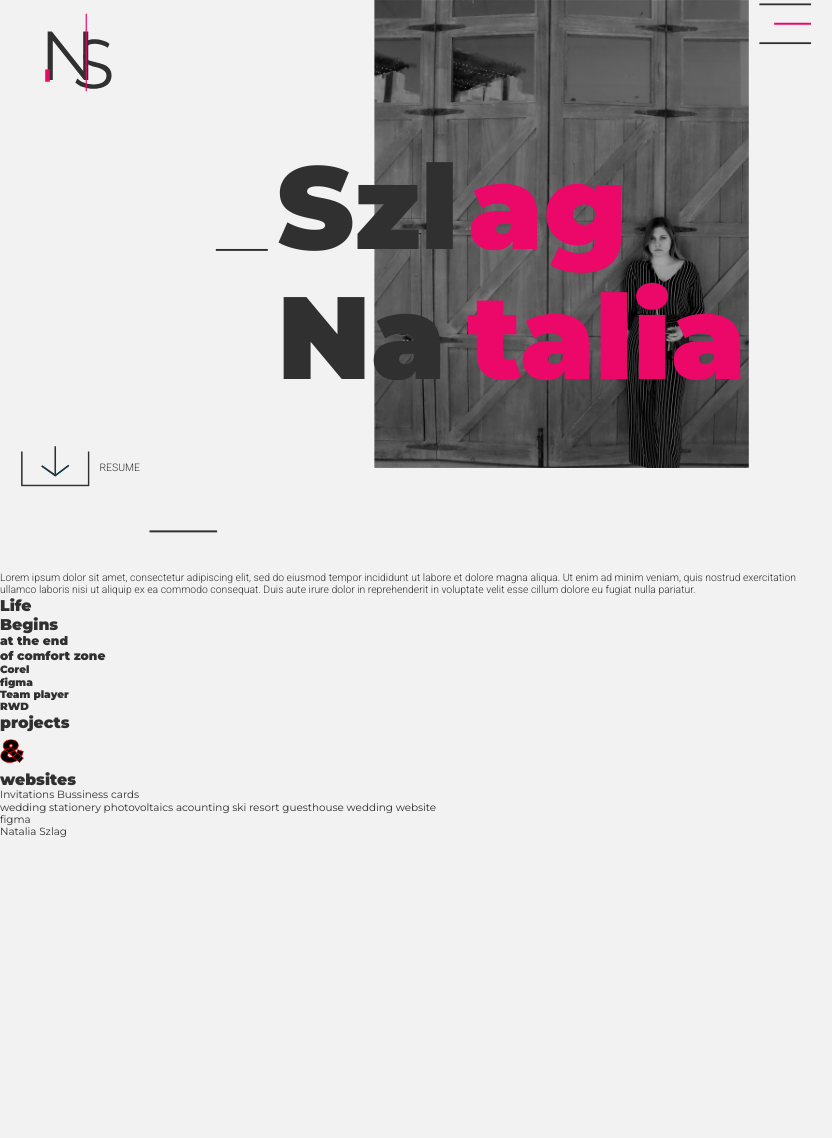
Repository: nataliaszlag/portfolio3
Page: index.html
The author's editor kept a copy of each file at every save. The page is drawn from the files as they stood at one save, then again after the next save.
The browser window is 1280 px wide. The pictures show the whole page, at 65% of full size.
The style sheet was rebuilt from its Sass, Less or Tailwind sources for each picture, by a compiler version that may differ from the author's.

Above is the page before, as saved 2020-09-26 20:11:00.

After the next save:
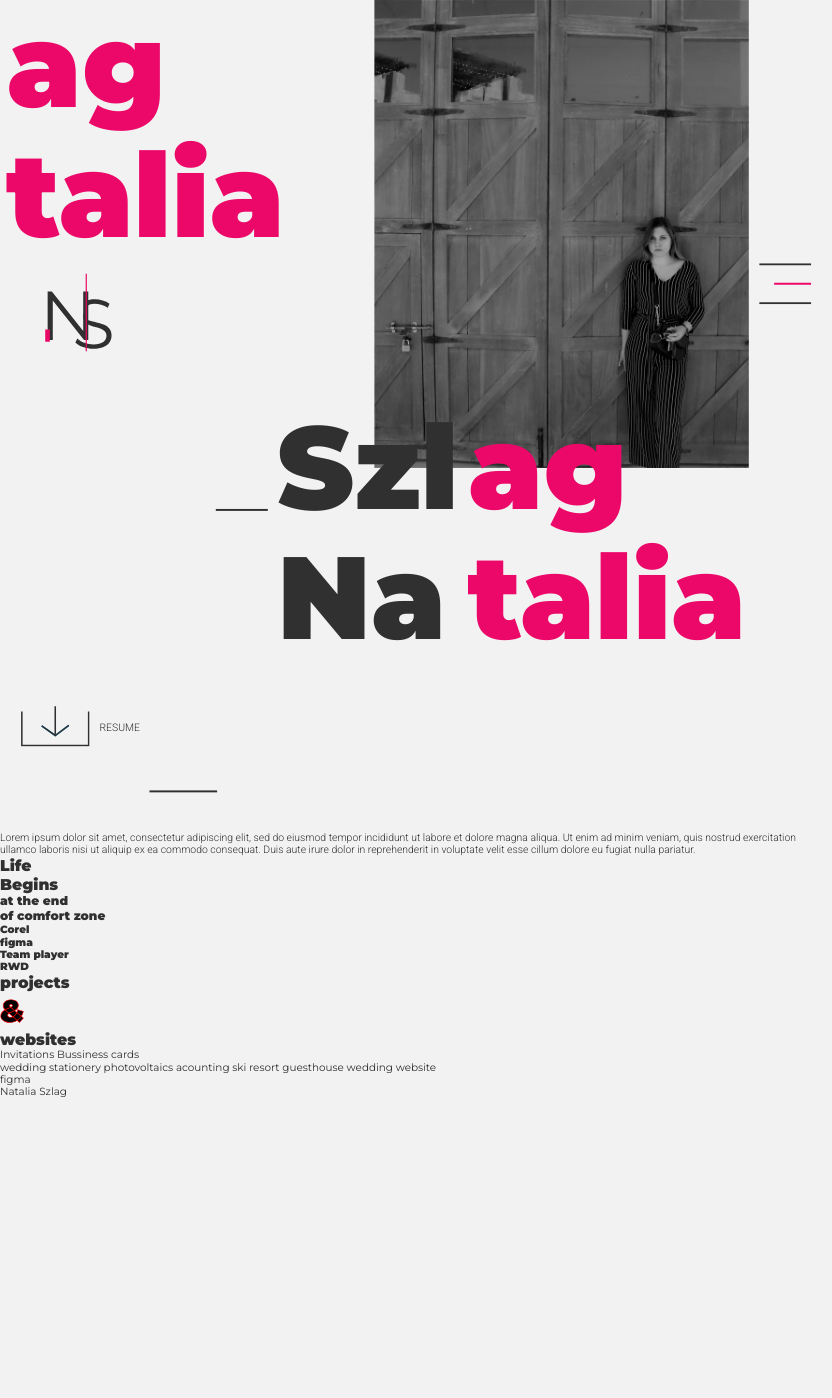
Saved 70 s later.
--- a/index.html
+++ b/index.html
@@ -7,7 +7,7 @@
     <link rel="stylesheet" href="/css/style.css">
     <link href="https://fonts.googleapis.com/css2?family=Montserrat:wght@300;400;600;900&family=Roboto:wght@300&display=swap" rel="stylesheet">
 <body>
-    <div><img class="hero-img"src="/img/img-hero.JPG" alt="zdj"></div>
+    <div><img class="hero-img"src="/img/img-hero.JPG" alt="zdj"><h1 class="h1-name clr-prim">ag<br>talia</h1></div>
     <header class="hero">
         <nav>
             <logo class="logo">
